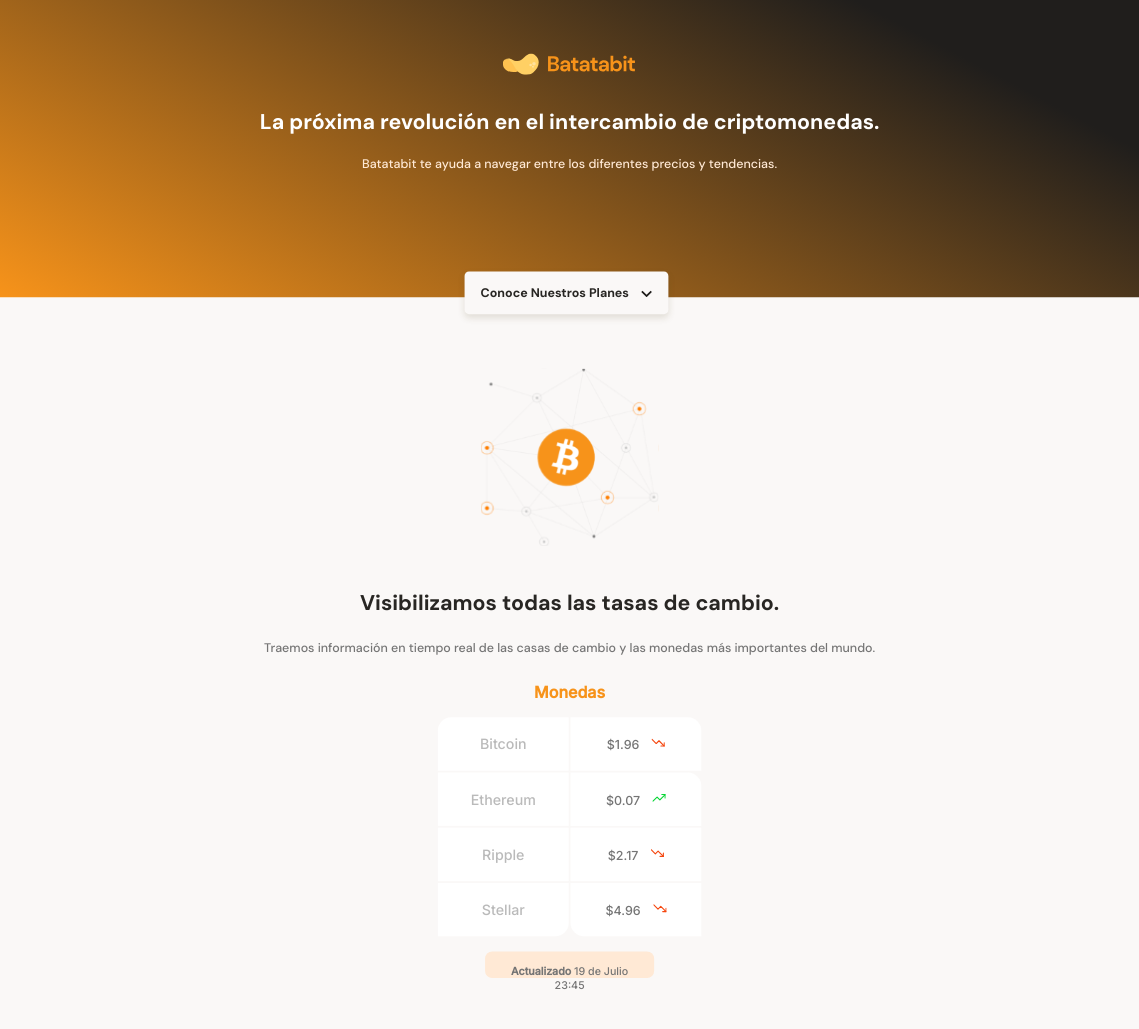
Repository: ChristianGecchelin/spa-full-css-html
Page: index.html
An editor plug-in stored every save of this project. The page is shown before and after the next save, followed by the edit.
The browser window is 1280 px wide. The pictures show the whole page, at 89% of full size.

Above is the page before, as saved 2021-11-29 18:17:01.

After the next save:
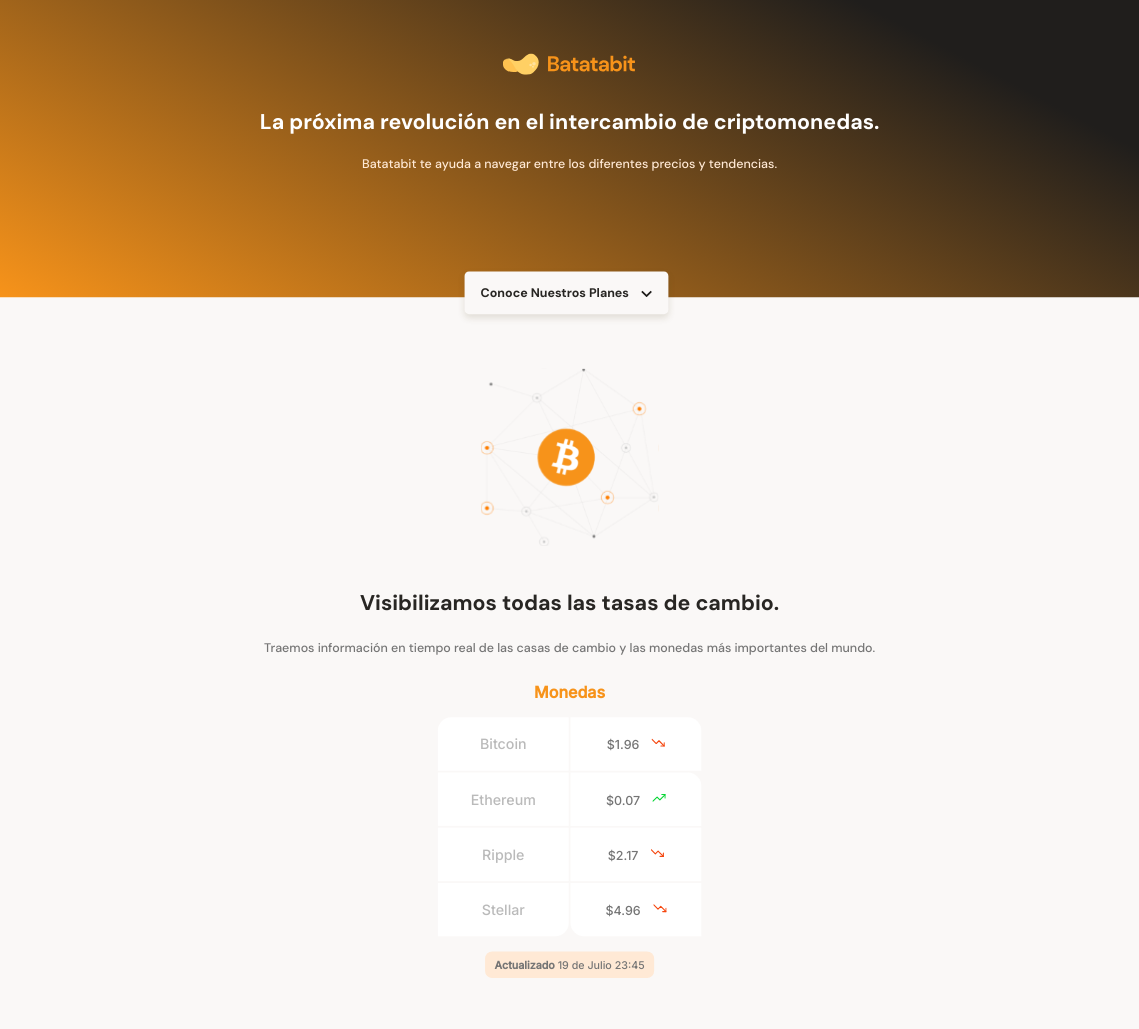
Saved 23 s later.
--- a/styles/styles.css
+++ b/styles/styles.css
@@ -224,7 +224,6 @@
   border-radius: 8px;
 }
 .currency-table--date p {
-  margin: 7px;
   font-size: 1.2rem;
   line-height: 1.5rem;
 }
